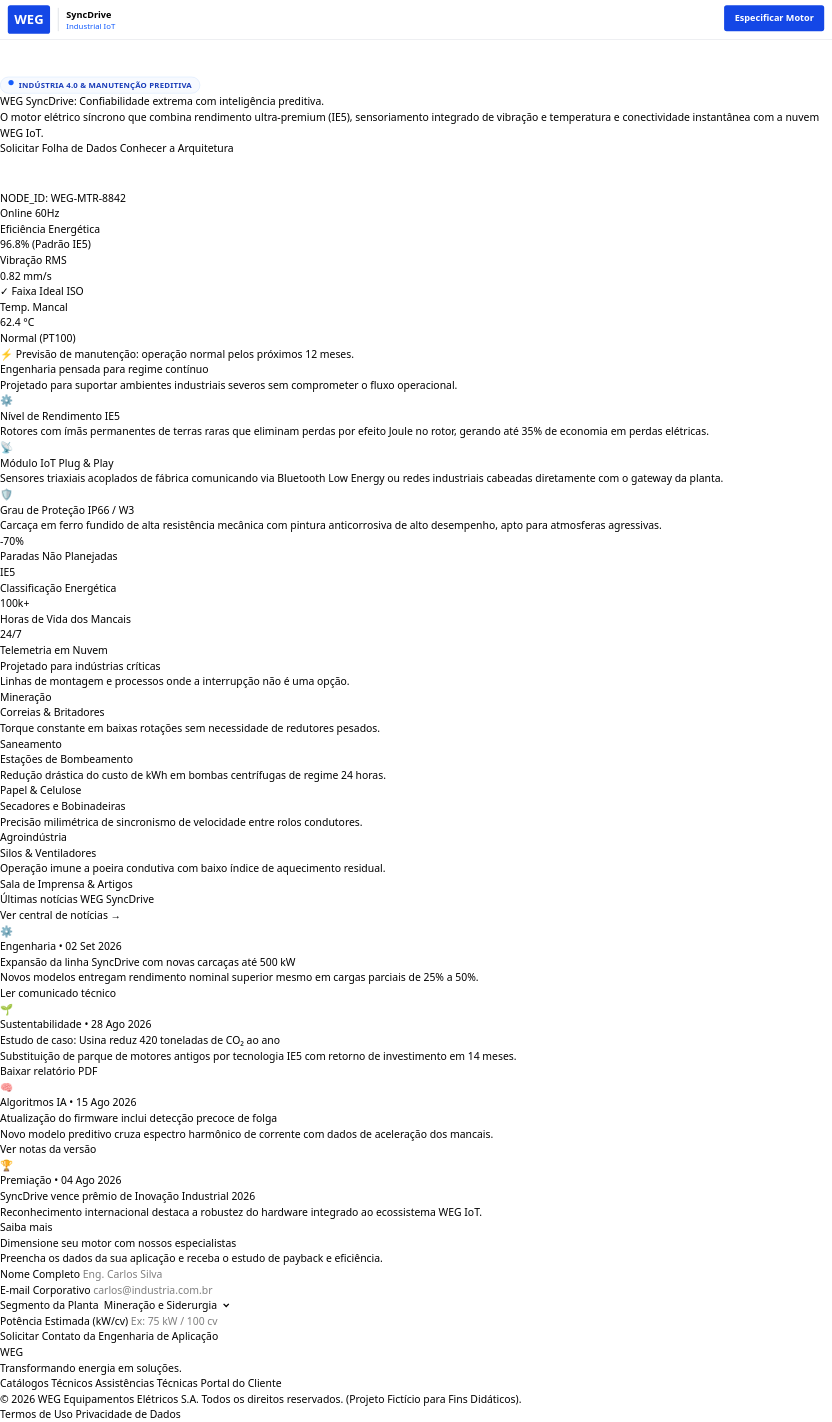
Repository: PatriciaHorst/tailwind-base
Page: index.html
These files come from the project's save history. The page is drawn as it stood at one moment and after the next save; the edit follows.
The browser window is 1280 px wide. The pictures show the whole page, at 65% of full size.

Above is the page before, as saved 2026-09-08 19:44:53.

After the next save:
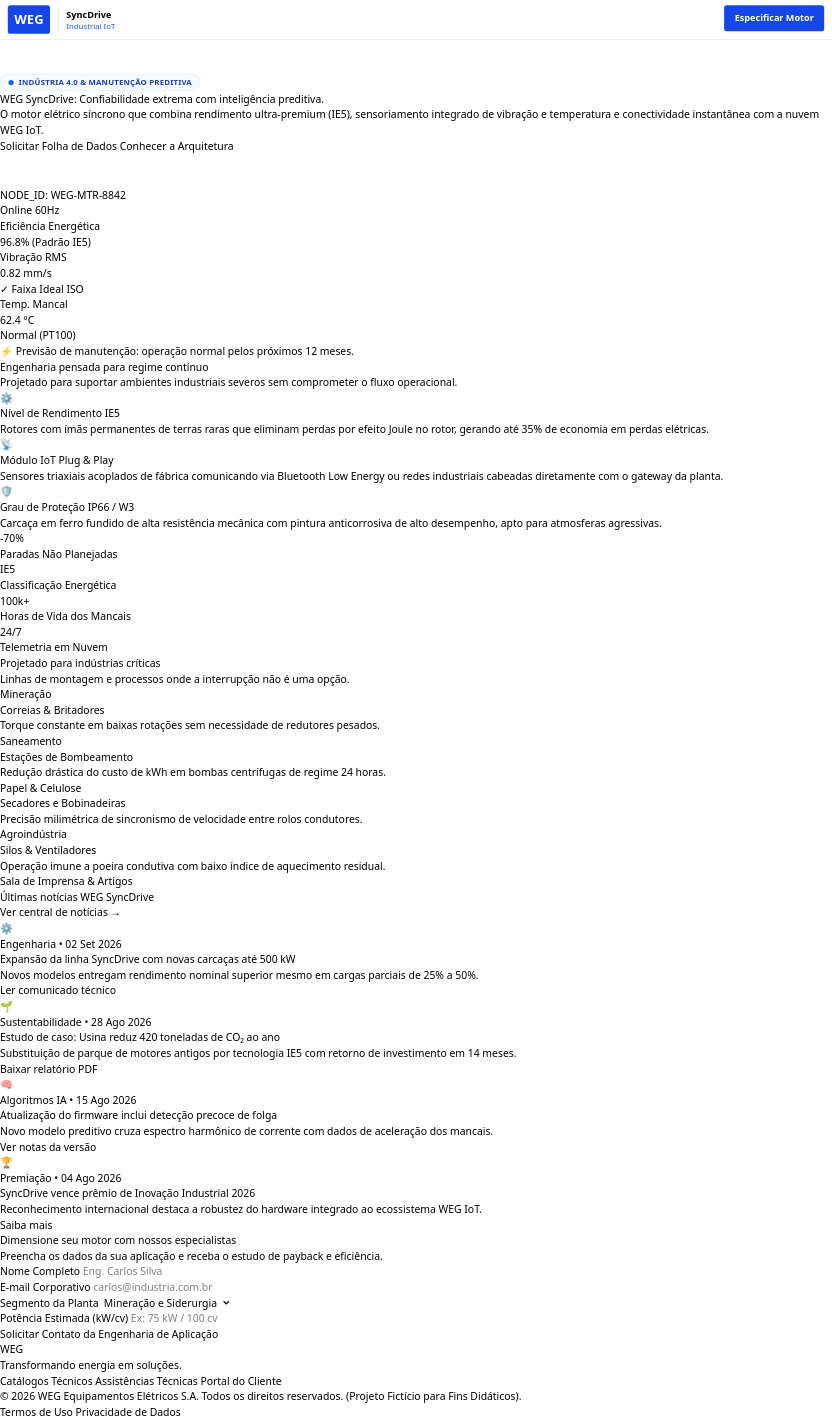
Saved 5 s later.
--- a/index.html
+++ b/index.html
@@ -56,7 +56,7 @@
 
           <!-- Coluna 1: Conteúdo Textual -->
           <div class="my-13 items-center">
-            <div class="inline-flex text-center gap-2 rounded-full border border-blue-100 bg-blue-50/50 px-3 py-1 text-xs font-semibold tracking-wide text-blue-800 ">
+            <div class="inline-flex items-center gap-2 rounded-full border border-blue-100 bg-blue-50/50 px-3 py-1 text-xs font-semibold tracking-wide text-blue-800 ">
               <span class="h-2 w-2 rounded-full bg-blue-600"></span>
               <span>INDÚSTRIA 4.0 & MANUTENÇÃO PREDITIVA</span>
             </div>

After the 2 saves that followed:
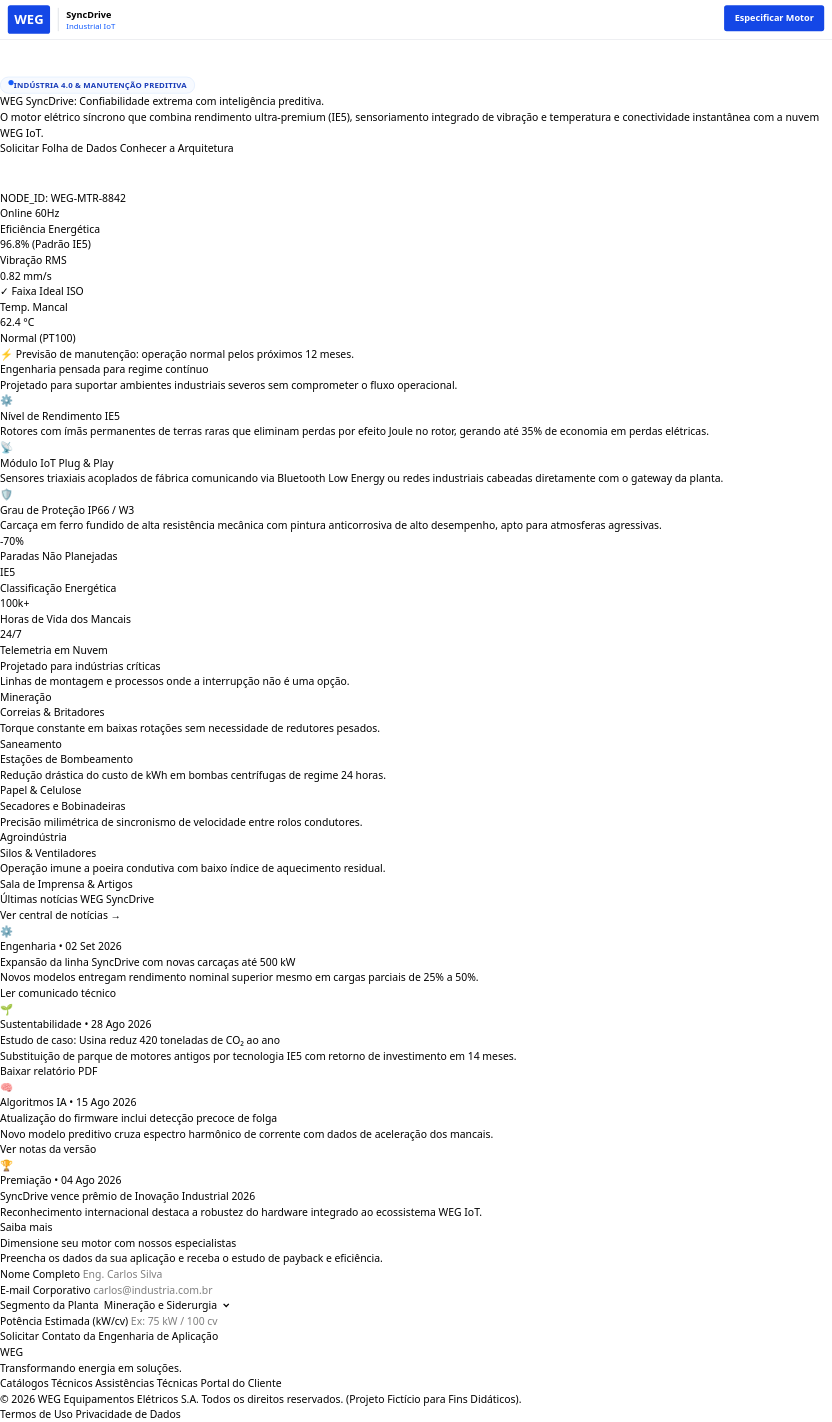
The 2 saves are shown as one change because 1 left the picture as it was.
The last was saved 14 s later.
--- a/index.html
+++ b/index.html
@@ -56,7 +56,7 @@
 
           <!-- Coluna 1: Conteúdo Textual -->
           <div class="my-13 items-center">
-            <div class="inline-flex items-center gap-2 rounded-full border border-blue-100 bg-blue-50/50 px-3 py-1 text-xs font-semibold tracking-wide text-blue-800 ">
+            <div class="inline-flex items-centergap-2 rounded-full border border-blue-100 bg-blue-50/50 px-3 py-1 text-xs font-semibold tracking-wide text-blue-800 ">
               <span class="h-2 w-2 rounded-full bg-blue-600"></span>
               <span>INDÚSTRIA 4.0 & MANUTENÇÃO PREDITIVA</span>
             </div>
